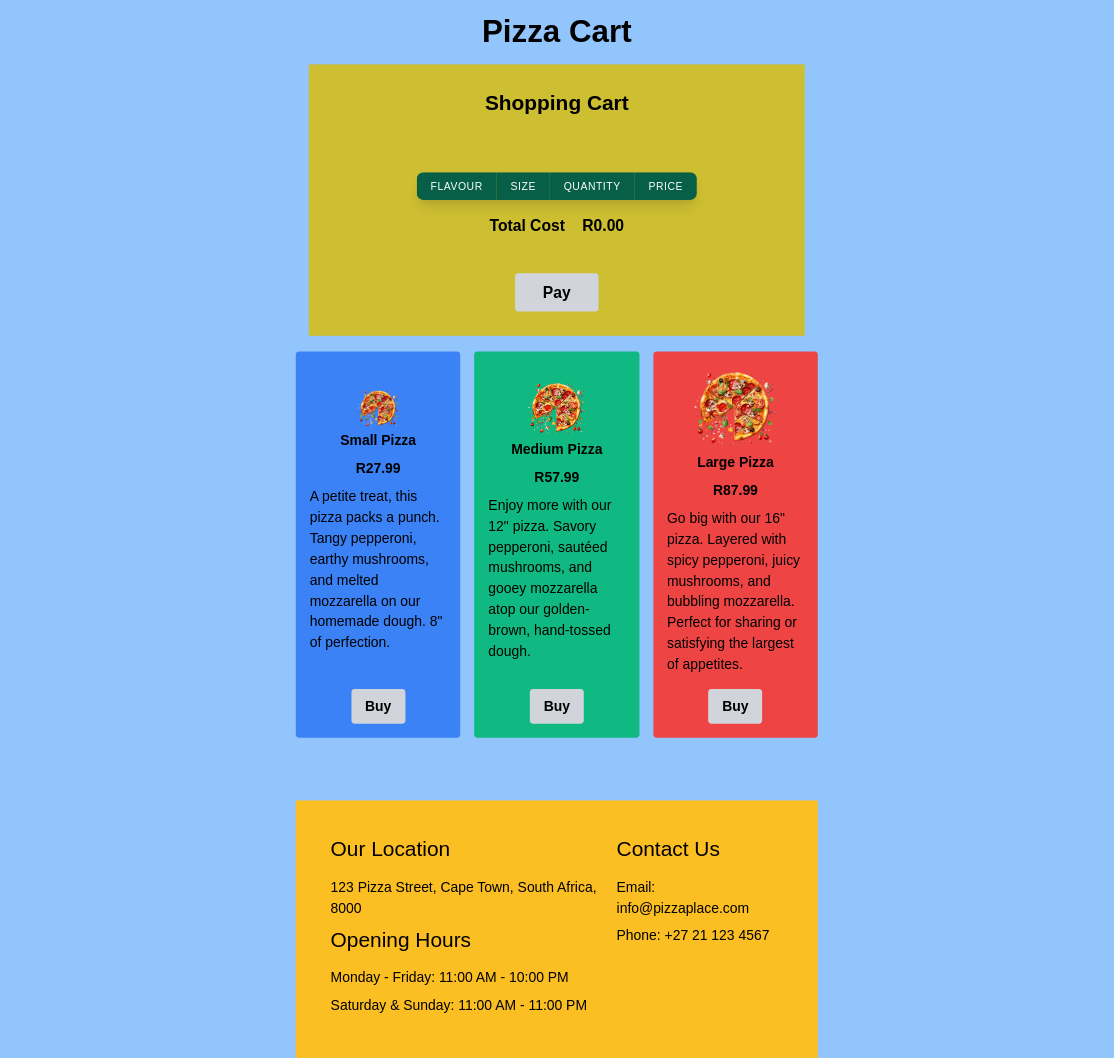
Repository: lasity34/pizza-cart-with-api
Page: index.html
The author's editor kept a copy of each file at every save. The page is drawn from the files as they stood at one save, then again after the next save.
The browser window is 1280 px wide. The pictures show the whole page, at 87% of full size.
The page's requests for data from a server got no answer. Some web fonts or font styles are not loaded; a fallback is used. Some web libraries are served in a nearby version.

Above is the page before, as saved 2023-07-13 14:24:16.
Console error (its wording comes from the project's code and is left out).

After the next save:
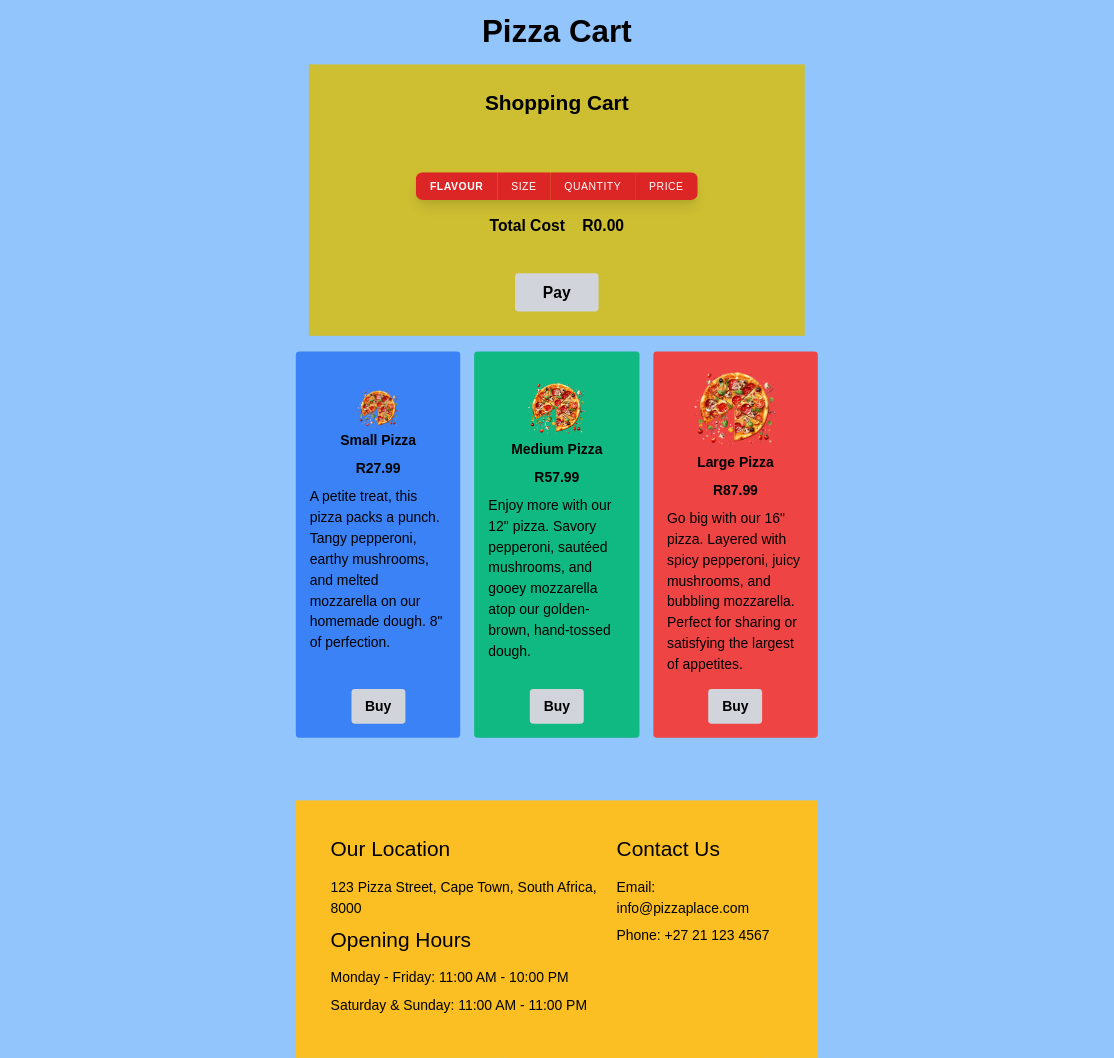
Saved 3 min 24 s later.
--- a/index.html
+++ b/index.html
@@ -36,20 +36,20 @@
         <div>
             <section class="mt-8">
                 <table class="table-auto w-full rounded-lg overflow-hidden shadow-lg max-w-md mx-auto">
-                    <thead class="bg-green-800">
+                    <thead class="bg-red-600">
                         <tr>
-                            <th class="px-4 py-2 text-left text-xs font-medium text-white uppercase tracking-wider">Flavour</th>
+                            <th class="px-4 py-2 text-left text-xs font-bold font-medium text-white uppercase tracking-wider">Flavour</th>
                             <th class="px-4 py-2 text-left text-xs font-medium text-white uppercase tracking-wider">Size</th>
                             <th class="px-4 py-2 text-left text-xs font-medium text-white uppercase tracking-wider">Quantity</th>
                             <th class="px-4 py-2 text-left text-xs font-medium text-white uppercase tracking-wider">Price</th>
                         </tr>
                     </thead>
-                    <tbody class="bg-green-300 divide-y divide-gray-200">
+                    <tbody class="bg-blue-100 divide-y divide-gray-200">
                         <template x-for="pizza in cartPizzas">
                             <tr>
-                                <td class="px-4 py-2 whitespace-nowrap text-sm text-gray-500" x-text="pizza.flavour"></td>
-                                <td class="px-4 py-2 whitespace-nowrap text-sm text-gray-500" x-text="pizza.size"></td>
-                                <td class="px-4 py-2 whitespace-nowrap text-sm text-gray-500">
+                                <td class="px-4 py-2 whitespace-nowrap font-bold text-sm text-gray-500" x-text="pizza.flavour"></td>
+                                <td class="px-4 py-2 whitespace-nowrap font-bold text-sm text-gray-500" x-text="pizza.size"></td>
+                                <td class="px-4 py-2 whitespace-nowrap font-bold text-sm text-gray-500">
                                     <div class="flex items-center justify-center">
                                         <button
                                             @click="increment('large')"
@@ -65,7 +65,7 @@
                                         </button>
                                     </div>
                                 </td>
-                                <td class="px-4 py-2 whitespace-nowrap text-sm text-gray-500">
+                                <td class="px-4 py-2 whitespace-nowrap text-sm font-bold text-gray-500">
                                     R<span x-text="pizza.price"></span>
                                 </td>
                             </tr>
